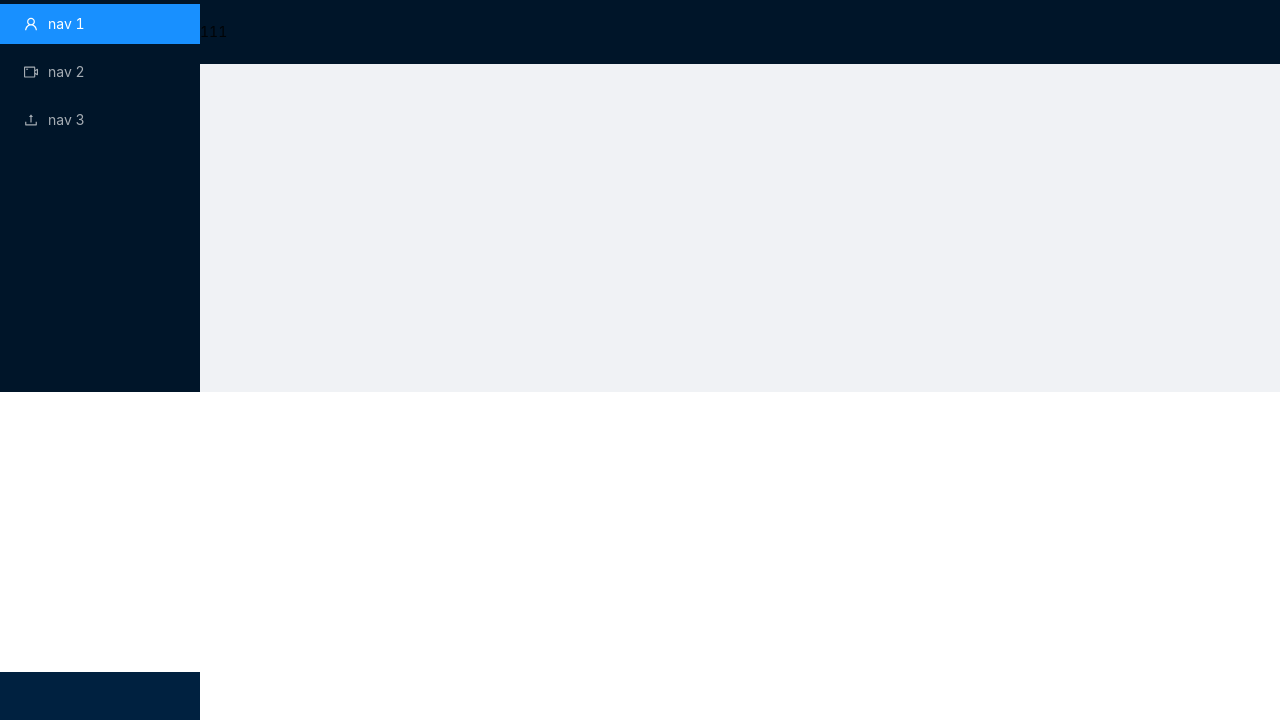
Repository: CBH20010703/BlogsAntd
Page: /
The author's editor kept a copy of each file at every save. The page is drawn from the files as they stood at one save, then again after the next save.
The browser window is 1280 px wide. The pictures show the whole page.
The project was rebuilt for these pictures with package versions that can differ from the ones it lists, and the page was loaded fresh each time. Also part of the build but not shown: src/view/404/Error.jsx.

Above is the page before, as saved 2021-06-20 22:26:49.

After the next save:
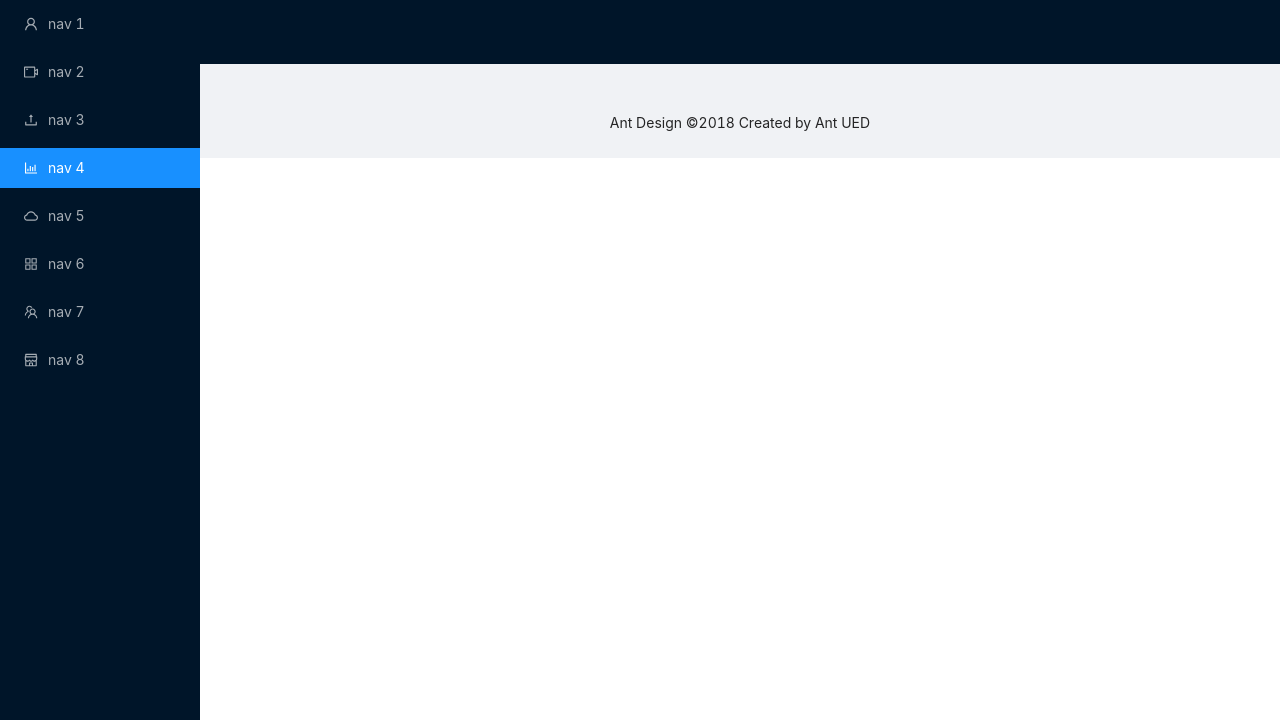
Saved 103 s later.
--- a/src/App.js
+++ b/src/App.js
@@ -3,12 +3,16 @@
 import RouterMap from './router/RouterMap';
 import { Layout, Menu } from 'antd';
 import {
+  AppstoreOutlined,
+  BarChartOutlined,
+  CloudOutlined,
+  ShopOutlined,
+  TeamOutlined,
   UserOutlined,
+  UploadOutlined,
   VideoCameraOutlined,
-  UploadOutlined,
 } from '@ant-design/icons';
-
-const { Header, Sider, Content } = Layout;
+const { Header, Content, Footer, Sider } = Layout;
 export default class  App extends Component {
   constructor(props) {
     super(props);
@@ -21,40 +25,51 @@
   };
   render() {
     return (
-      <div>
-         <Layout>
-        <Sider trigger={true} collapsible collapsed={this.state.collapsed}>
-          <div className="logo" />
-          <Menu theme="dark" mode="inline" defaultSelectedKeys={['1']}>
-            <Menu.Item key="1" icon={<UserOutlined />}>
-              nav 1
-            </Menu.Item>
-            <Menu.Item key="2" icon={<VideoCameraOutlined />}>
-              nav 2
-            </Menu.Item>
-            <Menu.Item key="3" icon={<UploadOutlined />}>
-              nav 3
-            </Menu.Item>
-          </Menu>
-        </Sider>
-        <Layout className="site-layout">
-          <Header className="site-layout-background" style={{ padding: 0 }}>
-            111
-          </Header>
-          <Content
-            className="site-layout-background"
-            style={{
-              margin: '24px 16px',
-              padding: 24,
-              minHeight: 280,
-            }}
-          >
-             <RouterMap/>
-          </Content>
-        </Layout>
-      </Layout>
+      <Layout>
+    <Sider
+      style={{
+        overflow: 'auto',
+        height: '100vh',
+        position: 'fixed',
+        left: 0,
+      }}
+    >
+      <div className="logo" />
+      <Menu theme="dark" mode="inline" defaultSelectedKeys={['4']}>
+        <Menu.Item key="1" icon={<UserOutlined />}>
+          nav 1
+        </Menu.Item>
+        <Menu.Item key="2" icon={<VideoCameraOutlined />}>
+          nav 2
+        </Menu.Item>
+        <Menu.Item key="3" icon={<UploadOutlined />}>
+          nav 3
+        </Menu.Item>
+        <Menu.Item key="4" icon={<BarChartOutlined />}>
+          nav 4
+        </Menu.Item>
+        <Menu.Item key="5" icon={<CloudOutlined />}>
+          nav 5
+        </Menu.Item>
+        <Menu.Item key="6" icon={<AppstoreOutlined />}>
+          nav 6
+        </Menu.Item>
+        <Menu.Item key="7" icon={<TeamOutlined />}>
+          nav 7
+        </Menu.Item>
+        <Menu.Item key="8" icon={<ShopOutlined />}>
+          nav 8
+        </Menu.Item>
+      </Menu>
+    </Sider>
+    <Layout className="site-layout" style={{ marginLeft: 200 }}>
+      <Header className="site-layout-background" style={{ padding: 0 }} />
+      <Content style={{ margin: '24px 16px 0', overflow: 'initial' }}>
 
-      </div>
+      </Content>
+      <Footer style={{ textAlign: 'center' }}>Ant Design ©2018 Created by Ant UED</Footer>
+    </Layout>
+  </Layout>
     );
   }
 }
